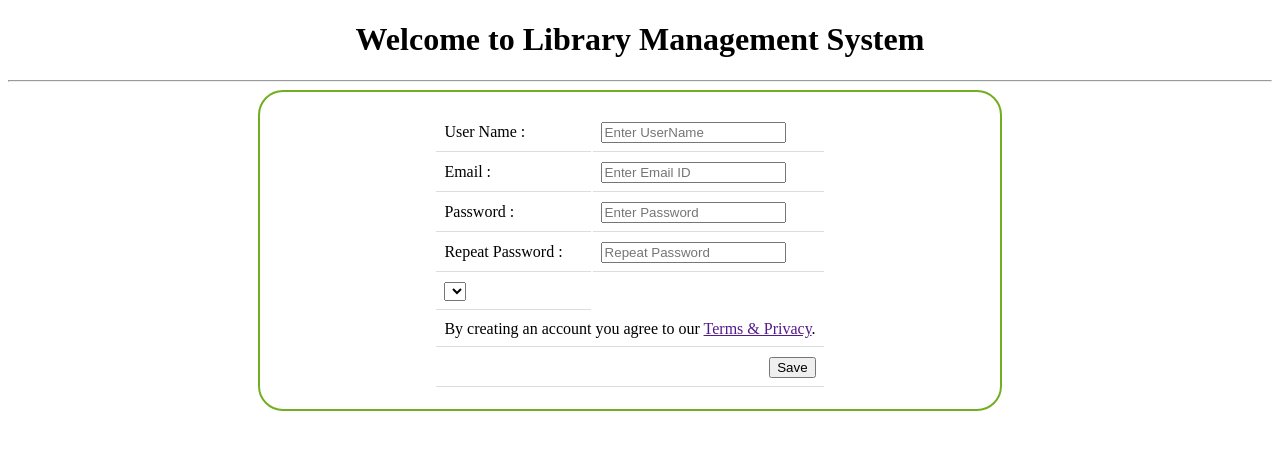
Repository: paragpatidar/LibraryManagementSystem
Page: http://localhost/LibraryManagementSystemSpring/WEB-INF/ui/SignUp.jsp
An editor plug-in stored every save of this project. The page is shown before and after the next save, followed by the edit.
The browser window is 1280 px wide. The pictures show the whole page.
The page is served by Tomcat 9. Nobody is signed in. Other server files are loaded and not shown. The template is opened directly, without the code that normally fills it, so the values that code supplies are empty.

Above is the page before, as saved 2017-11-08 10:08:35.

### LibraryManagementSystemSpring/WebContent/WEB-INF/ui/SignUp.jsp
<%@ page language="java" contentType="text/html; charset=ISO-8859-1"
	pageEncoding="ISO-8859-1"%>
	<%@ taglib uri="http://www.springframework.org/tags/form" prefix="form" %>
<!DOCTYPE html PUBLIC "-//W3C//DTD HTML 4.01 Transitional//EN" "http://www.w3.org/TR/html4/loose.dtd">
<html>
<head>
<meta http-equiv="Content-Type" content="text/html; charset=ISO-8859-1">
<title>Insert title here</title>
<style>
#form {
    border-radius: 25px;
    border: 2px solid #73AD21;
    padding: 20px;
    margin-right : 270px;
    margin-left : 250px;
}

th, td {
    padding: 8px;
    border-bottom: 1px solid #ddd;
}
</style>
</head>
<body>
	<h1 align="center">Welcome to Library Management System</h1>
	<hr>
	<div id="form">
		<form:form action="signUp.htm" modelAttribute="user" method="post">
			<table align="center">
				<tr>
					<td><form:label path="userName">User Name : </form:label></td>
					<td><form:input path="userName" placeholder="Enter UserName" required="true"></form:input></td>
				</tr>
				<tr>
					<td><form:label path="emailId">Email : </form:label></td>
					<td><form:input path="emailId" placeholder="Enter Email ID" required="true"></form:input></td>
				</tr>
				<tr>
					<td><form:label path="password">Password : </form:label></td>
					<td><form:password path="password" placeholder="Enter Password" required="true"></form:password></td>
				</tr>
				<tr>
					<td><form:label path="repeatPassword">Repeat Password : </form:label></td>
					<td><form:password path="repeatPassword" placeholder="Repeat Password" required="true"></form:password></td>
				</tr>
				<tr>
					<td><form:select path="librarian" option="${librarian}"></form:select>
				</tr>
				<tr>
					<td colspan="2">By creating an account you agree to our <a href="">Terms & Privacy</a>.
					</td>
				</tr>
				<tr>
					<td colspan="2" align="right"><form:button type="submit">Save</form:button></td>
				</tr>
			</table>
		</form:form>
	</div>
</body>
</html>

After the next save:
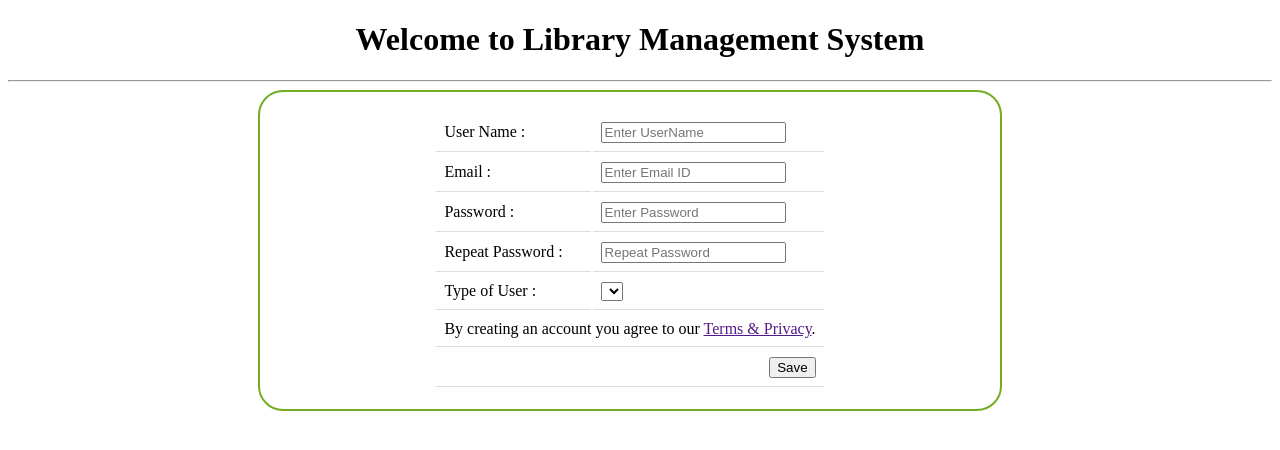
Saved 19 s later.
--- a/LibraryManagementSystemSpring/WebContent/WEB-INF/ui/SignUp.jsp
+++ b/LibraryManagementSystemSpring/WebContent/WEB-INF/ui/SignUp.jsp
@@ -44,6 +44,7 @@ th, td {
 					<td><form:password path="repeatPassword" placeholder="Repeat Password" required="true"></form:password></td>
 				</tr>
 				<tr>
+					<td><form:label path="librarian">Type of User :</form:label>
 					<td><form:select path="librarian" option="${librarian}"></form:select>
 				</tr>
 				<tr>
